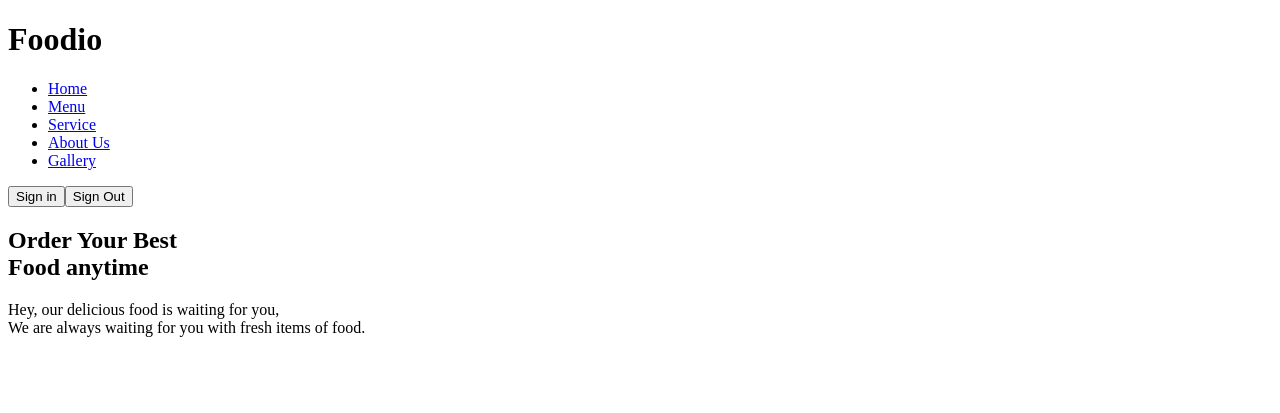
Repository: guilhermecardoso93/foodio
Page: /
The author's editor kept a copy of each file at every save. The page is drawn from the files as they stood at one save, then again after the next save.
The browser window is 1280 px wide. The pictures show the whole page.
The project was rebuilt for these pictures with package versions that can differ from the ones it lists, and the page was loaded fresh each time. Also part of the build but not shown: vite.config.js, src/App.css, src/index.css.

Above is the page before, as saved 2024-11-04 19:54:38.

### index.html
<!doctype html>
<html lang="en">
  <head>
    <meta charset="UTF-8" />
    <link rel="icon" type="image/svg+xml" href="/" />
    <meta name="viewport" content="width=device-width, initial-scale=1.0" />
    <title>Foodio</title>
  </head>
  <body>
    <div id="root"></div>
    <script type="module" src="/src/main.jsx"></script>
  </body>
</html>

### src/main.jsx
import { StrictMode } from "react";
import { createRoot } from "react-dom/client";
import { App } from "./App.jsx";

import "./index.css";
createRoot(document.getElementById("root")).render(
  <StrictMode>
    <App />
  </StrictMode>
);

### src/App.jsx
import "./App.css";
import { Main } from "./components/Main";
import { Menu } from "./components/Menu";

export function App() {
  return (
    <>
      <Menu />
      <Main />
    </>
  );
}

### src/components/Main/index.jsx
export function Main() {
  return (
    <main>
      <div className="content">
        <div className="content-left">
          <div className="info">
            <h2>
              Order Your Best
              <br />
              Food anytime
            </h2>
            <p>Hey, our delicious food is waiting for you, <br/> We are always waiting for you with fresh items of food.</p>
          </div>
        </div>
      </div>
    </main>
  );
}

### src/components/Menu/index.jsx
export function Menu() {
  function toggleMenu() {}

  return (
    <header>
      <navbar>
        <div className="navbar-logo">
          <h1>
            Food<b>io</b>
          </h1>
          <div className="hamburguer" onClick={toggleMenu()}>
            <span className="bar"></span>
            <span className="bar"></span>
            <span className="bar"></span>
          </div>
          <ul className="navbar-link">
            <li className="active">
              <a href="/">Home</a>
            </li>
            <li className="active">
              <a href="/">Menu</a>
            </li>
            <li className="active">
              <a href="/">Service</a>
            </li>
            <li className="active">
              <a href="/">About Us</a>
            </li>
            <li className="active">
              <a href="/">Gallery</a>
            </li>
          </ul>
          <div className="auth-buttons">
            <input
              type="submit"
              className="sign"
              value="Sign in"
              name="signin"
            />
            <input
              type="submit"
              className="sign"
              value="Sign Out"
              name="signout"
            />
          </div>
        </div>
      </navbar>
    </header>
  );
}

After the next save:
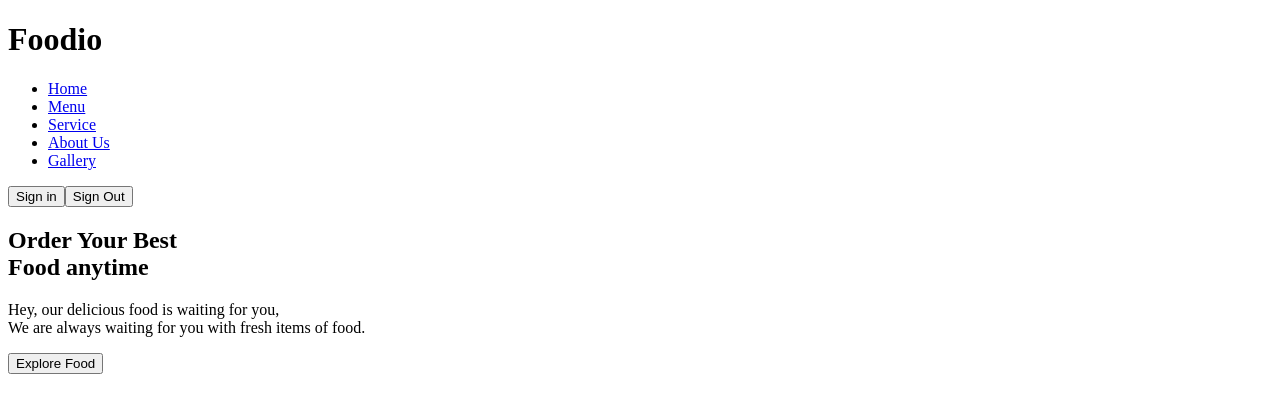
Saved 19 s later.
--- a/src/components/Main/index.jsx
+++ b/src/components/Main/index.jsx
@@ -9,8 +9,12 @@ export function Main() {
               <br />
               Food anytime
             </h2>
-            <p>Hey, our delicious food is waiting for you, <br/> We are always waiting for you with fresh items of food.</p>
+            <p>
+              Hey, our delicious food is waiting for you, <br /> We are always
+              waiting for you with fresh items of food.
+            </p>
           </div>
+          <button>Explore Food</button>
         </div>
       </div>
     </main>
